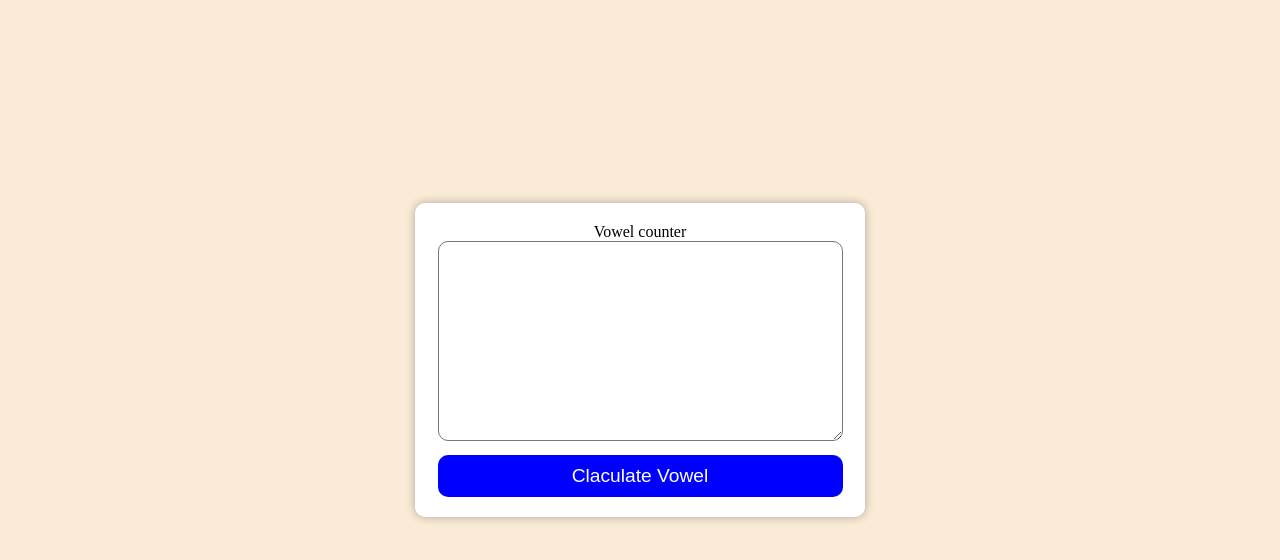
Repository: JunaidAnsari202/Vowel-counter
Page: index.html
The author's editor kept a copy of each file at every save. The page is drawn from the files as they stood at one save, then again after the next save.
The browser window is 1280 px wide. The pictures show the whole page.

Above is the page before, as saved 2024-10-17 12:13:51.

### index.html
<!DOCTYPE html>
<html lang="en">
<head>
    <meta charset="UTF-8">
    <meta name="viewport" content="width=device-width, initial-scale=1.0">
    <title>Vowel counter</title>
    <link rel="stylesheet" href="style.css">
</head>
<body>
    <div class="container">
        <div class="header">Vowel counter</div>
        <div class="textarea">
            <textarea name="vowelinput" id="textarea" rows="10" cols="30"></textarea>
        </div>
        <div class="count">
            <button id="count">Claculate Vowel</button>
        </div>
        <div class="output"></div>
    </div>
    <script src="script.js"></script>
</body>
</html>

### style.css
*{
    margin: 0;
    padding: 0;
    box-sizing: border-box;
}

body{
    background-color: antiquewhite;
    display: flex;
    justify-content: center;
    align-items: center;
    height: 100vh;

}

.container{
    width: 450px;
    text-align: center;
    background-color: white;
    border-radius: 10px;
    box-shadow: 0 0 10px rgba(0,0,0,0.3);
}

.header{
    margin-top: 10px;
    padding-top: 10px;
}

#textarea{
    width:90%;
    height: 200px;
    border-radius: 10px;
    padding: 10px;
    margin-bottom: 10px;
}

button{
    width: 90%;
    padding: 10px;
    border-radius: 10px;
    border: none;
    background-color: blue;
    cursor: pointer;
    color: white;
    margin-bottom:10px;
    font-size: 1.2rem;

}

.output{
    margin-bottom: 10px;
}

### script.js
const textarea=document.querySelector("#textarea");
const button=document.querySelector("#count");
const output=document.querySelector(".output");

button.addEventListener("click",()=>{
    if(textarea.value===""){
        output.innerHTML="Please enter some text";
    }else{
        const val=textarea.value;
        let count=0;
        for(let i=0; i<val.length;i++){
            if(val[i]==="a" || val[i]==="e" || val[i]==="i" || val[i]==="o" || val[i]==="u"){
                count++;
            }
        }
        output.innerHTML=`The number of vowels are ${count}`;
    }
});

After the next save:
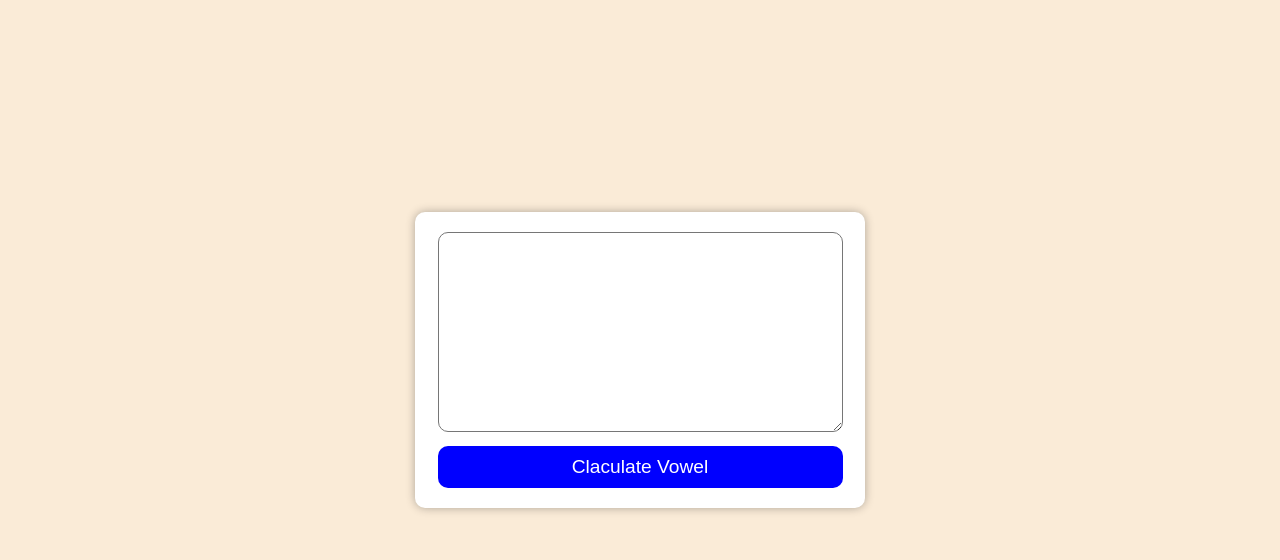
Saved 11 s later.
--- a/index.html
+++ b/index.html
@@ -8,7 +8,7 @@
 </head>
 <body>
     <div class="container">
-        <div class="header">Vowel counter</div>
+        <div class="header"></div>
         <div class="textarea">
             <textarea name="vowelinput" id="textarea" rows="10" cols="30"></textarea>
         </div>
